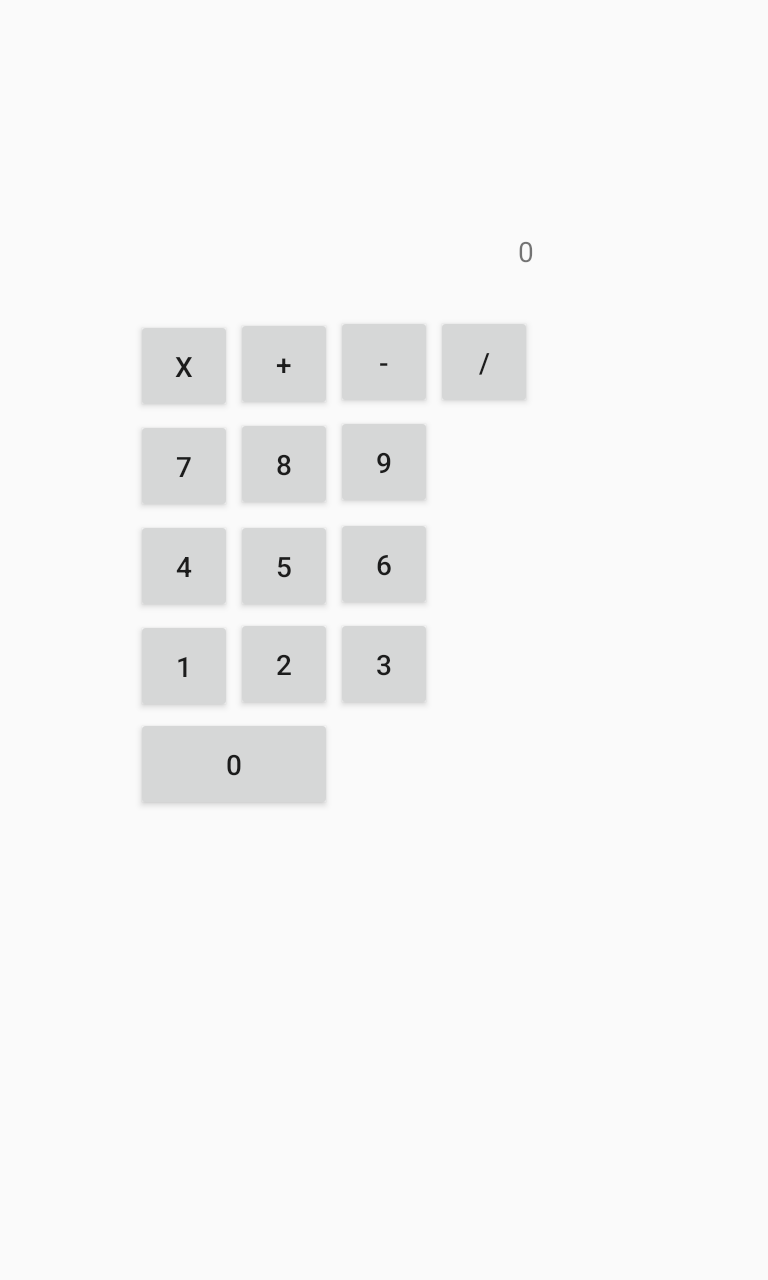
Repository: expensivecow/Calculator
Layout: Calculator_Implementation/res/layout/activity_main.xml
The author's editor kept a copy of each file at every save. The layout is drawn from the files as they stood at one save, then again after the next save.
It is drawn on a 768 x 1280 px phone screen (xhdpi) without system bars, with theme AppTheme; the app's code is not run.

Above is the layout before, as saved 2014-09-21 01:37:21.

After the next save:
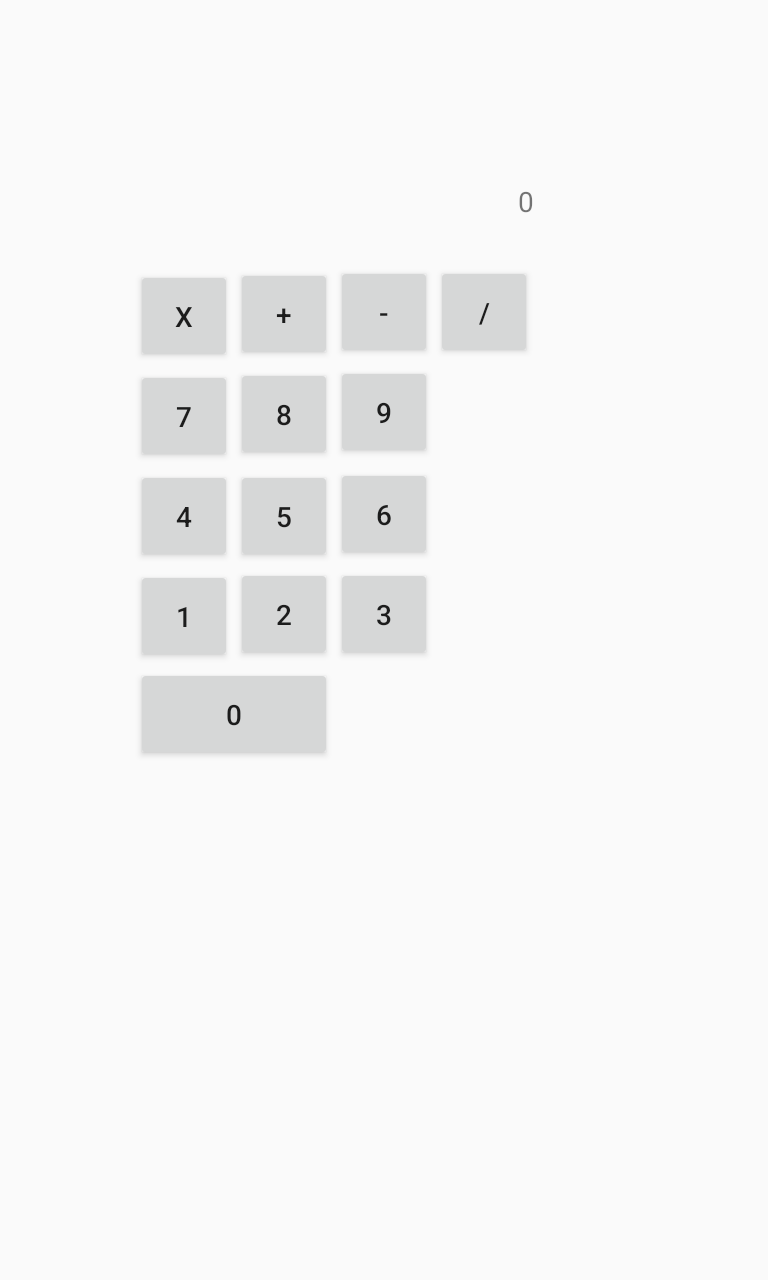
Saved 4 s later.
--- a/Calculator_Implementation/res/layout/activity_main.xml
+++ b/Calculator_Implementation/res/layout/activity_main.xml
@@ -12,7 +12,7 @@
         android:id="@+id/DisplayResult"
         android:layout_alignParentTop="true"
         android:layout_alignRight="@+id/bDiv"
-        android:layout_marginTop="100dp"
+        android:layout_marginTop="75dp"
         android:layout_width="wrap_content"
         android:layout_height="wrap_content"
         android:text="@string/initialvalue" />
